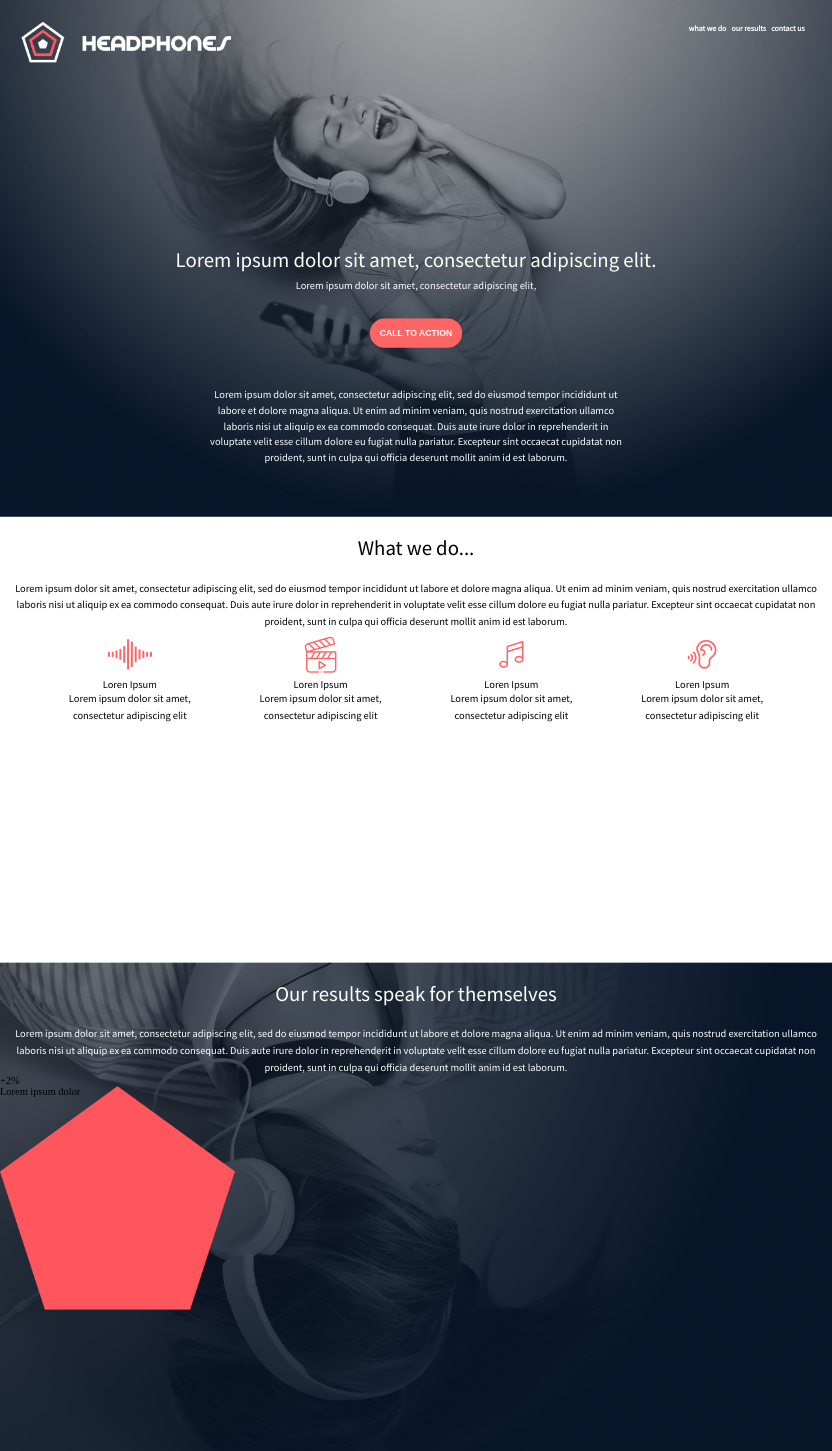
Repository: seleniadelgado/holbertonschool-web_front_end
Page: 0x09-implement_a_design_from_scratch/2-index.html
These files come from the project's save history. The page is drawn as it stood at one moment and after the next save; the edit follows.
The browser window is 1280 px wide. The pictures show the whole page, at 65% of full size.

Above is the page before, as saved 2020-03-23 11:46:29.

After the next save:
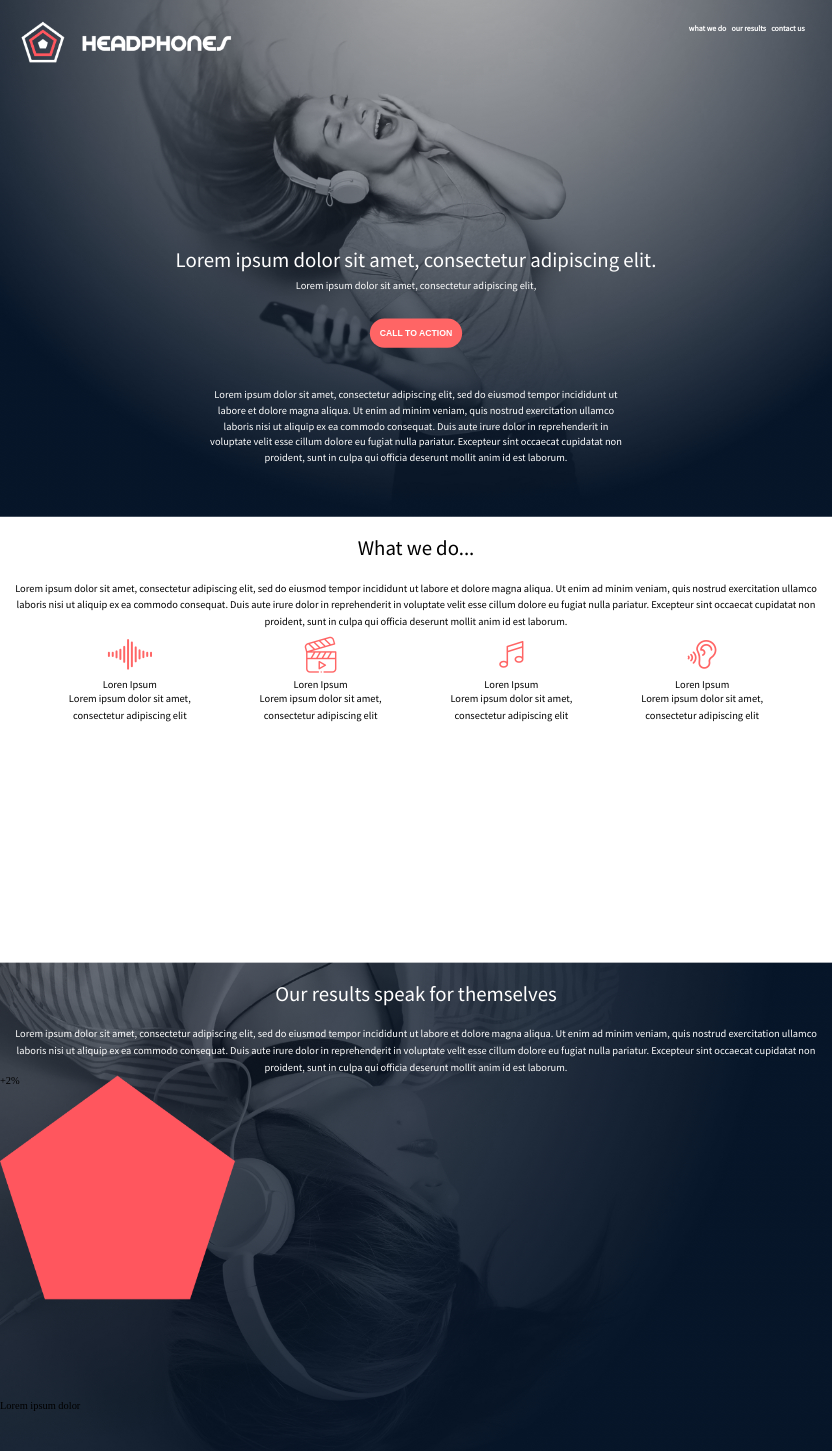
Saved 6 s later.
--- a/0x09-implement_a_design_from_scratch/2-styles.css
+++ b/0x09-implement_a_design_from_scratch/2-styles.css
@@ -319,7 +319,7 @@ a:hover, a:active {
     line-height: 26px;
     text-align: center;
 }
-.results p {
+.results h2 {
     background: url(images/pentagone.png);
     height: 500px;
     background-repeat: no-repeat;
